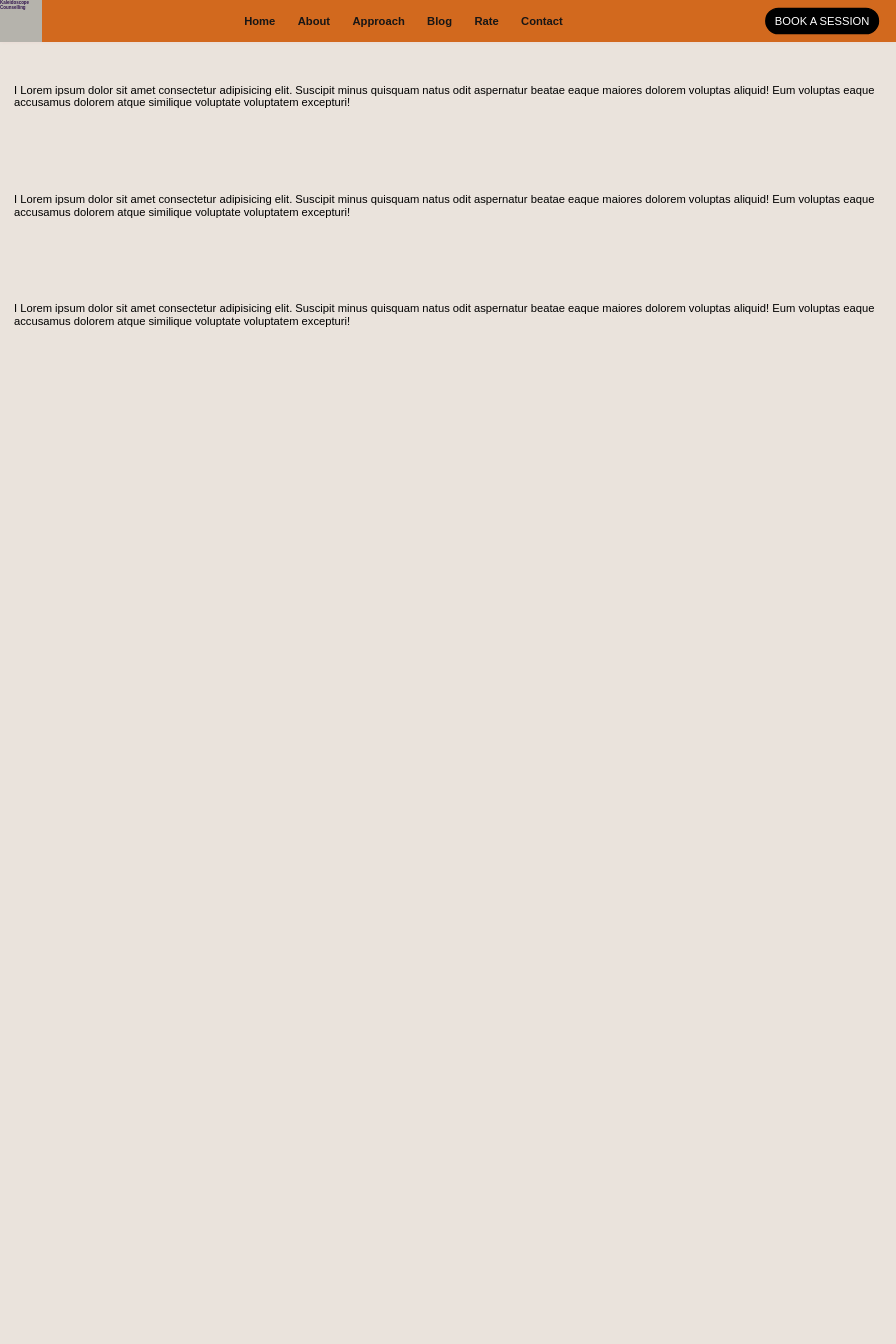
Repository: voutadi/Project1
Page: index.html
An editor plug-in stored every save of this project. The page is shown before and after the next save, followed by the edit.
The browser window is 1280 px wide. The pictures show the part of the page from y = 0 to 1920 px (the page is 3120 px tall before and 720 px after), at 70% of full size.

Above is the page before, as saved 2024-08-05 00:09:43.

### index.html
<!DOCTYPE html>
<html lang="en">
  <head>
    <meta charset="UTF-8" />
    <meta name="viewport" content="width=device-width, initial-scale=1.0" />
    <link rel="stylesheet" href="styles/style.css" />

    <title>Kaleidoscope Counselling</title>
  </head>
  <body>
    <header>
      <div class="logo-container">
        <div class="logo">
          Kaleidoscope <br />
          Counselling
        </div>
      </div>
      <nav class="navbar">
        <ul>
          <li><a href="#home">Home</a></li>
          <li><a href="https://www.psychologytoday.com/ca/therapists/ava-outadi-port-moody-bc/1111563">About</a></li>
          <li><a href="#approach">Approach</a></li>
          <li><a href="#blog">Blog</a></li>
          <li><a href="#rate">Rate</a></li>
          <li><a href="#contact">Contact</a></li>
        </ul>
      </nav>
      <button>BOOK A SESSION</button>
    </header>

    <p>
      I Lorem ipsum dolor sit amet consectetur adipisicing elit. Suscipit minus
      quisquam natus odit aspernatur beatae eaque maiores dolorem voluptas
      aliquid! Eum voluptas eaque accusamus dolorem atque similique voluptate
      voluptatem excepturi!
    </p>
    <p>
      I Lorem ipsum dolor sit amet consectetur adipisicing elit. Suscipit minus
      quisquam natus odit aspernatur beatae eaque maiores dolorem voluptas
      aliquid! Eum voluptas eaque accusamus dolorem atque similique voluptate
      voluptatem excepturi!
    </p>
    <p>
      I Lorem ipsum dolor sit amet consectetur adipisicing elit. Suscipit minus
      quisquam natus odit aspernatur beatae eaque maiores dolorem voluptas
      aliquid! Eum voluptas eaque accusamus dolorem atque similique voluptate
      voluptatem excepturi!
    </p>
  </body>
</html>

### styles/style.css
* {
  margin: 0;
  padding: 0;
  box-sizing: border-box;
}
body {
  background-color: rgb(234, 227, 220);
  height: 3000px;
  font-family: Arial, Helvetica, sans-serif;
  font-size: 1rem;
}
header {
  max-width: 100%; /*Make sure Take all of her parent element(body)on all different devices .*/
  height: 60px;
  position: fixed;
  top: 0;
  left: 0;
  right: 0;
  background-color: rgb(210,105,30);
  display: flex;
  justify-content: space-between;
  align-items: center;

  box-shadow: 0 2px 4px rgba(243, 172, 172, 0.15); /* Adds a subtle shadow for depth, optional */
}
.logo-container {
  width: 60px;; /* Put condition for smaller or biger divice*/
  background-color: rgb(181, 179, 172);
  height: 60px;
}
.logo {
  color: rgb(50, 21, 77);
  font-size: 0.4rem;
  font-weight: bold;
}

.navbar ul {
  display: flex;
  flex: 1;
  justify-content: center;
  list-style-type: none;
  flex-wrap: wrap;
}
.navbar li {
  margin: 1rem;
}
.navbar a {
  font-size: 1rem;
  color: rgb(23, 22, 22);
  font-weight: 700;

  text-decoration: none;
}
.navbar a:hover {
  background-color: rgb(184, 175, 175);
  padding: 5px 10px;
  border-radius: 16px;
  transition: 0.15s;
}

.navbar a:active {
  background-color: rgb(166, 162, 162);
  padding: 10px 10px;
  border-radius: 16px;
  transition: 0.15s;

}

button {
  background-color: black;
  color: white;

  font-size: 1rem;
  padding: 8px 12px;
  margin-right: 1.5rem;
  border-width: 2px;
  border-style: solid;
  border-radius: 20px;
  cursor: pointer;
}
button:hover {
  background-color: white;
  color: black;
  transition: 0.15s;
  padding: 12px 18px;
}
button:active {
  padding: 18px 24px;
}
p {
  margin-top: 120px;
  margin-left: 20px;
}
@media (max-width: 380px) {
  body {
    font-size: 0.4rem;/* Smaller font size */

  }
  button {
    font-size: 0.4rem;
    padding: 2px;
    margin-right: 0.4rem;
    border-radius: 8px;
  }
  button:hover {
    font-size: 0.4rem;
    padding: 2px;
  }
  button:active {
    padding: 3px;
  }
  .navbar li {
    margin: 0.2rem;
  }
  .navbar a {
    font-size: 0.5rem;
    margin: 0.2rem ;
  }
}


@media (max-width: 600px) {
  body {
    font-size: 0.5rem;
  } /* Smaller font size */
  button {
    font-size: 0.5rem;
    padding: 2px 4px;
    margin-right: 0.5rem;
    border-radius: 10px;
  }
  button:hover {
    font-size: 0.5rem;
    padding: 2px;
  }
  button:active {
    padding: 3px;
  }
  .navbar li {
    margin: 0.3rem;
  }
  .navbar a {
    font-size: 0.6rem;
  }
}
@media (min-width: 601px) and (max-width: 900px) {
  body {
    font-size: 0.75rem;
  } /* Smaller font size */
  button {
    font-size: 0.75rem;
    padding: 2px 4px;
    margin-right: 0.75rem;
    border-radius: 10px;
  }
  button:hover {
    font-size: 0.75rem;
    padding: 2px;
  }
  button:active {
    padding: 3px;
  }
  .navbar li {
    margin: 0.5rem;
  }
  .navbar a {
    font-size: 0.8rem;
  }
}

After the next save:
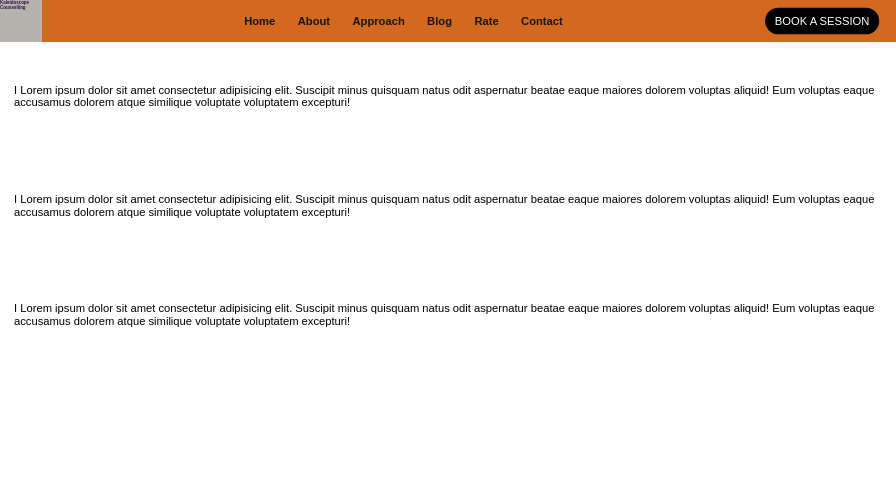
Saved 77 s later.
--- a/styles/style.css
+++ b/styles/style.css
@@ -4,7 +4,7 @@
   box-sizing: border-box;
 }
 body {
-  background-color: rgb(234, 227, 220);
+  background-color:
   height: 3000px;
   font-family: Arial, Helvetica, sans-serif;
   font-size: 1rem;
